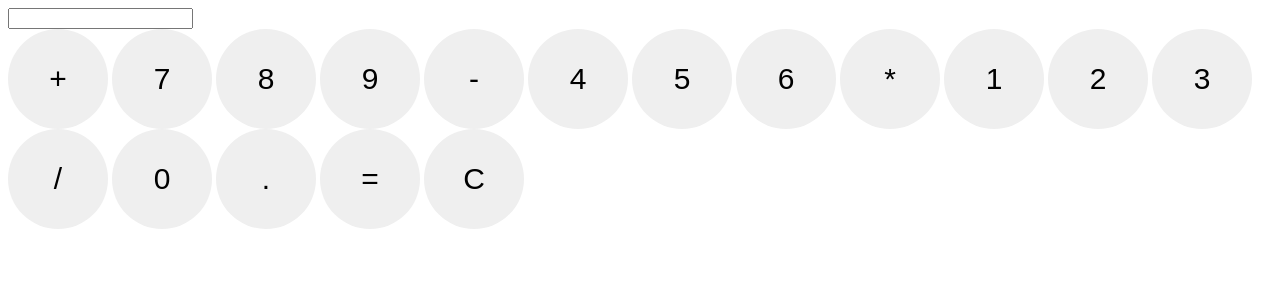
Repository: 23HarveyJi/25-Fall_chillguys
Page: calculator.html
These files come from the project's save history. The page is drawn as it stood at one moment and after the next save; the edit follows.
The browser window is 1280 px wide. The pictures show the whole page.

Above is the page before, as saved 2025-10-10 14:54:31.

### calculator.html
<!DOCTYPE html>
<html lang="en">
    <head>
        <meta charset="UTF-8" />
        <meta name="viewport" content="width=device-width, initial-scale=1.0" />
        <title>Document</title>
        <link rel="stylesheet" href="calculator.css">
    </head>
    <body>

        <div id="calculator">
            <input id="display" readonly>
            <div id="keys">
                <button onclick="appendToDisplay('+')">+</button>
                <button onclick="appendToDisplay('7')">7</button>
                <button onclick="appendToDisplay('8')">8</button>
                <button onclick="appendToDisplay('9')">9</button>
                <button onclick="appendToDisplay('-')">-</button>
                <button onclick="appendToDisplay('4')">4</button>
                <button onclick="appendToDisplay('5')">5</button>
                <button onclick="appendToDisplay('6')">6</button>
                <button onclick="appendToDisplay('*')">*</button>
                <button onclick="appendToDisplay('1')">1</button>
                <button onclick="appendToDisplay('2')">2</button>
                <button onclick="appendToDisplay('3')">3</button>
                <button onclick="appendToDisplay('/')">/</button>
                <button onclick="appendToDisplay('0')">0</button>
                <button onclick="appendToDisplay('.')">.</button>
                <button onclick="calculate()">=</button>
                <button onclick="clearDisplay"()>C</button>
            </div>
        </div>
    </body>

### calculator.css
button{
    width: 100px;
    height: 100px;
    border-radius: 50px;
    border: none;
    background-color: lightgray
    color: white;
    font-size: 30px;

After the next save:
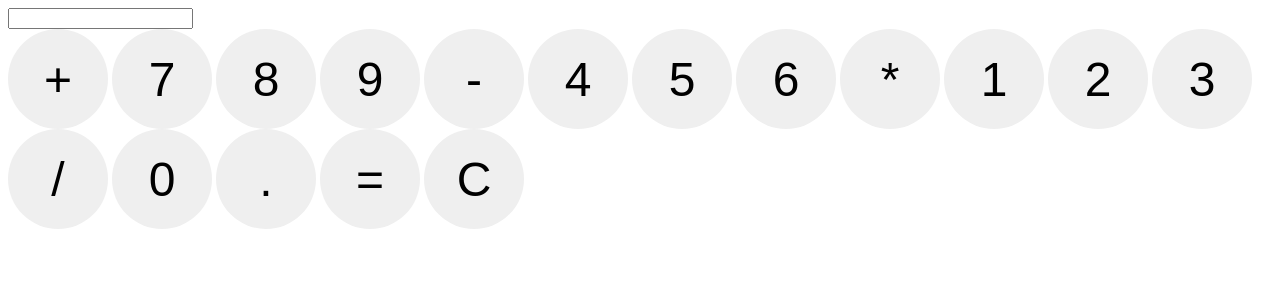
Saved 7 s later.
--- a/calculator.css
+++ b/calculator.css
@@ -5,4 +5,4 @@ button{
     border: none;
     background-color: lightgray
     color: white;
-    font-size: 30px;
+    font-size: 3rem;
